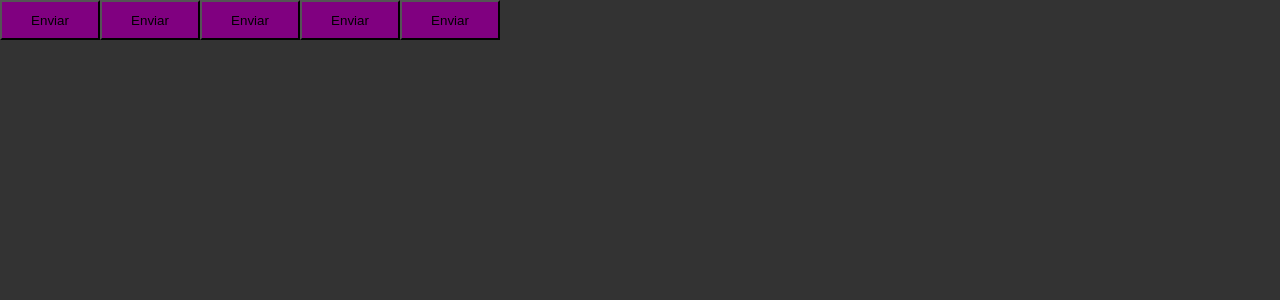
Repository: VictorDS87/Timer
Page: /
These files come from the project's save history. The page is drawn as it stood at one moment and after the next save; the edit follows.
The browser window is 1280 px wide. The pictures show the whole page.
The project was rebuilt for these pictures with package versions that can differ from the ones it lists, and the page was loaded fresh each time.

Above is the page before, as saved 2022-11-21 14:44:19.

After the next save:
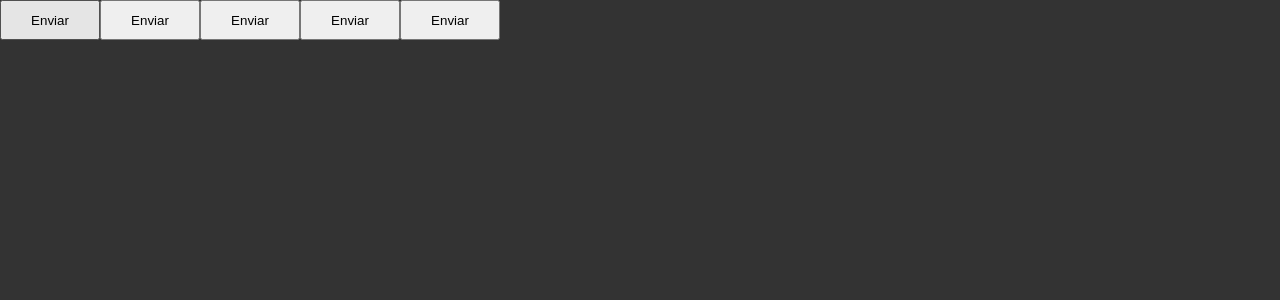
Saved 61 min 36 s later.
--- a/src/components/Button.styles.ts
+++ b/src/components/Button.styles.ts
@@ -17,7 +17,7 @@ export const ButtonContainer = styled.button<ButtonContainerProps>`
   width: 100px;
   height: 40px;
 
-  background-color: ${props => props.theme.primary}
+  background-color: ${props => props.theme['green-500']}
 
   /* ${props => {
     return `background-color: ${buttonVariants[props.variant]}`
